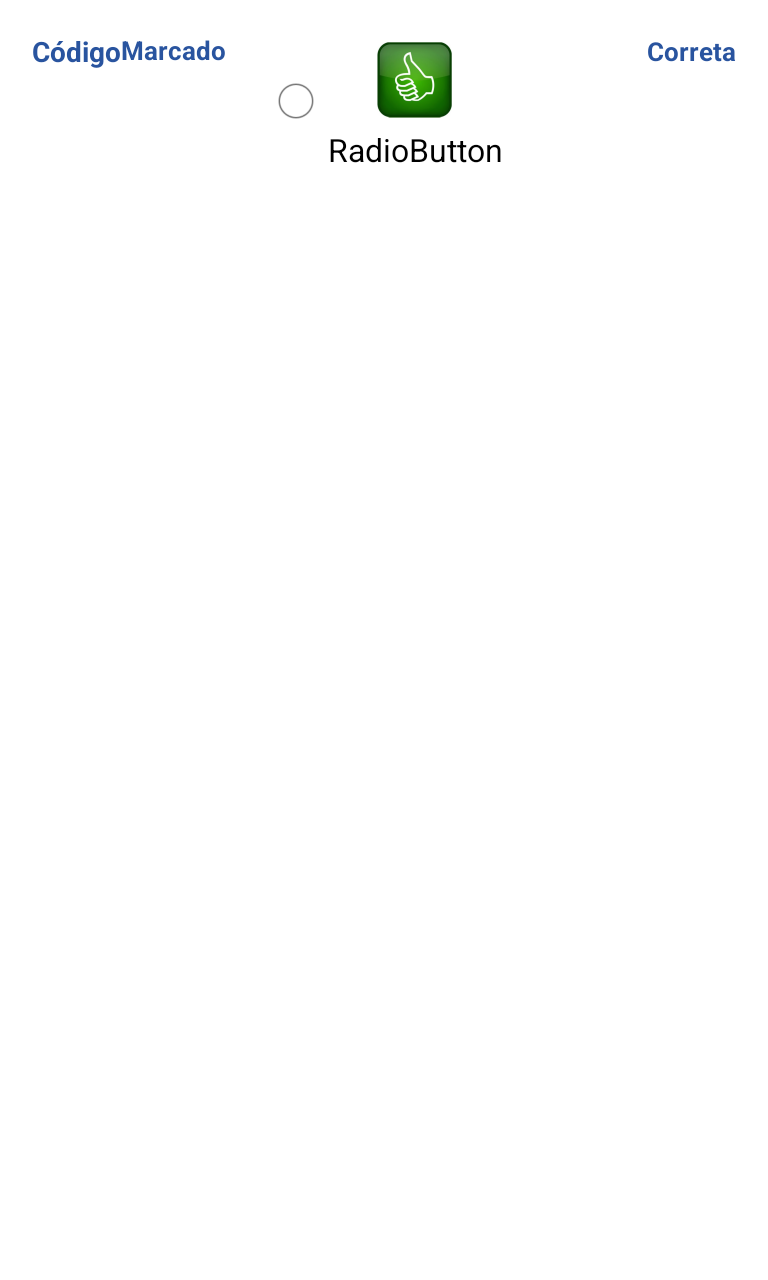
Repository: lmqs/ProjetoDisciplinaTopicos
Layout: TopicosProjetoAndroid/res/layout/activity_resultado_prova.xml
An editor plug-in stored every save of this project. The layout is shown before and after the next save, followed by the edit.
It is drawn on a 768 x 1280 px phone screen (xhdpi) without system bars, with theme AppTheme; the app's code is not run. Lists and similar views that code fills are empty.

Above is the layout before, as saved 2014-05-04 02:36:00.

### TopicosProjetoAndroid/res/layout/activity_resultado_prova.xml
<RelativeLayout xmlns:android="http://schemas.android.com/apk/res/android"
    xmlns:tools="http://schemas.android.com/tools"
    android:layout_width="match_parent"
    android:layout_height="match_parent"
    android:paddingBottom="@dimen/activity_vertical_margin"
    android:paddingLeft="@dimen/activity_horizontal_margin"
    android:paddingRight="@dimen/activity_horizontal_margin"
    android:paddingTop="@dimen/activity_vertical_margin"
    tools:context=".Resultado_prova" >

    <TableLayout
        android:layout_width="match_parent"
        android:layout_height="match_parent"
        android:stretchColumns="1" >

        <TableRow>

            <TextView
                android:id="@+id/Cod"
                android:layout_width="match_parent"
                android:layout_height="match_parent"
                android:drawablePadding="2dp"
                android:text="@string/lblcodigo"
                android:textColor="#ff29549f"
                android:textSize="14sp"
                android:textStyle="bold" />

            <TextView
                android:id="@+id/Cod"
                android:layout_width="match_parent"
                android:layout_height="match_parent"
                android:drawablePadding="2dp"
                android:text="@string/lblMarcado"
                android:textColor="#ff29549f"
                android:textSize="13sp"
                android:textStyle="bold" />

            <TextView
                android:id="@+id/lblAcerto"
                android:layout_width="match_parent"
                android:layout_height="match_parent"
                android:gravity="center"
                android:text="@string/lblAcerto"
                android:textColor="#ff29549f"
                android:textSize="13sp"
                android:textStyle="bold" />
        </TableRow>
    </TableLayout>

    <ListView
        android:id="@+id/lista__geral_resultado"
        android:layout_width="match_parent"
        android:layout_height="wrap_content"
        android:layout_alignParentLeft="true" >

    </ListView>

    <RadioButton
        android:id="@+id/radioButton1"
        android:layout_width="wrap_content"
        android:layout_height="wrap_content"
        android:layout_alignParentTop="true"
        android:layout_centerHorizontal="true"
        android:drawableTop="@drawable/certo"
        android:shadowColor="@android:color/holo_red_light"
        android:text="RadioButton" />

</RelativeLayout>

### TopicosProjetoAndroid/res/values/styles.xml
<resources>

    <!--
        Base application theme, dependent on API level. This theme is replaced
        by AppBaseTheme from res/values-vXX/styles.xml on newer devices.
    -->
    <style name="AppBaseTheme" parent="android:Theme.Light">
        <!--
            Theme customizations available in newer API levels can go in
            res/values-vXX/styles.xml, while customizations related to
            backward-compatibility can go here.
        -->
    </style>

    <!-- Application theme. -->
    <style name="AppTheme" parent="AppBaseTheme">
        <!-- All customizations that are NOT specific to a particular API-level can go here. -->
    </style>

    <style name="DashboardButton">
        <item name="android:layout_gravity">center_vertical</item>
        <item name="android:layout_width">wrap_content</item>
        <item name="android:layout_height">wrap_content</item>
        <item name="android:gravity">center_horizontal</item>
        <item name="android:drawablePadding">2dp</item>
        <item name="android:textSize">16dp</item>
        <item name="android:textStyle">bold</item>
        <item name="android:textColor">#ff29549f</item>
        <item name="android:background">@null</item>
    </style>



</resources>

### TopicosProjetoAndroid/res/values/strings.xml
<?xml version="1.0" encoding="utf-8"?>
<resources>

    <string name="app_name">Questões de Concurso</string>
    <string name="action_settings">Settings</string>
    <string name="hello_world">Hello world!</string>
    <string name="lbltitulo">Questões para concurso</string>
    <string name="btnInciar">Iniciar</string>
    <string name="title_activity_geracao_provas">GeracaoProvas</string>
    <string name="title_activity_questoes">Questões de Concurso</string>
    <string name="radioGrupo"></string>
    <string name="btnvalidar">Validar</string>
    <string name="btnerrar">Errou</string>
    <string name="btnAcerto">Acertou</string>
    <string name="title_activity_resultado_prova">Resultado da Prova</string>
    <string name="title_activity_lista_provas">Lista de Provas</string>
    <string name="btnResultado">Resultados</string>
    <string name="btnInfo">Informações</string>
    <string name="btnMaps">Onde estamos</string>
    <string name="lblPesquisar">Pesquisar</string>
    <string name="lblMarcado">Marcado</string>
    <string name="lblAcerto">Correta</string>
    <string name="lblcodigo">Código</string>

</resources>

Loaded but not shown: TopicosProjetoAndroid/res/values-v11/styles.xml (common file); TopicosProjetoAndroid/res/values-v14/styles.xml (common file); TopicosProjetoAndroid/res/values/dimens.xml (common file)

After the next save:
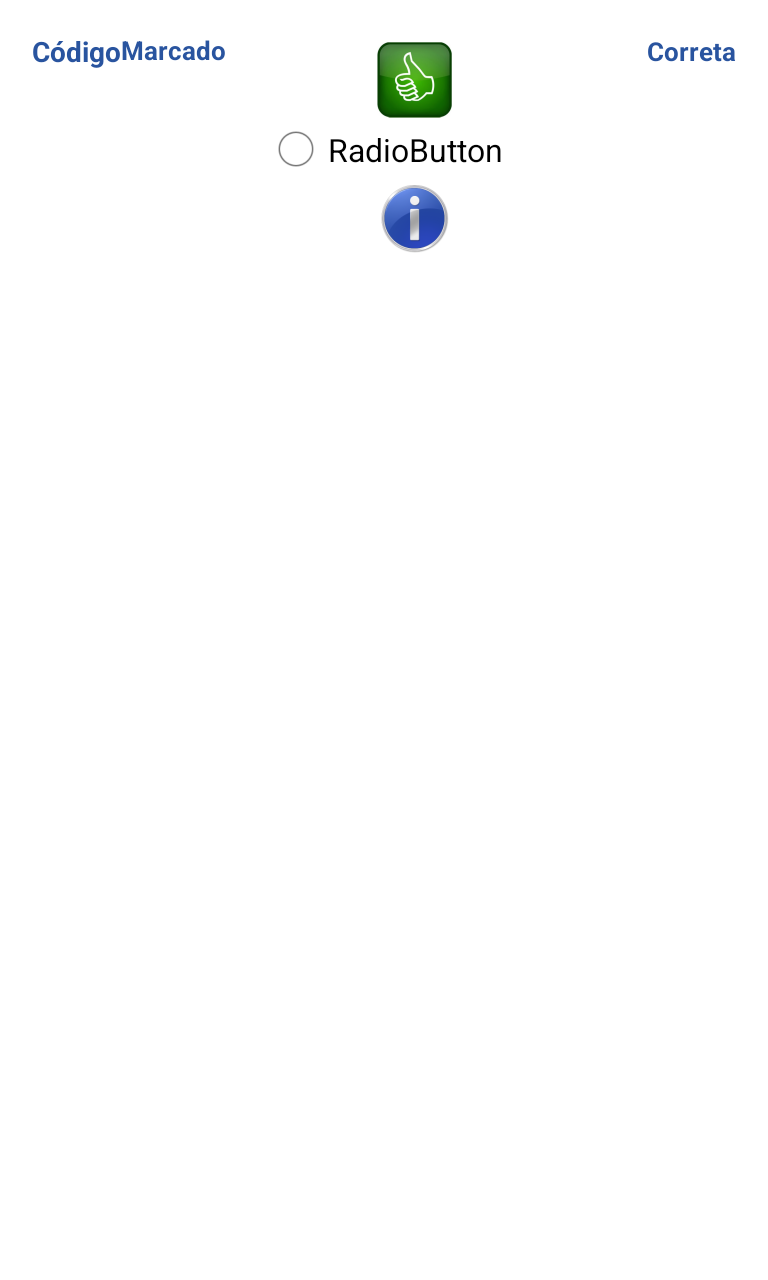
Saved 34 s later.
--- a/TopicosProjetoAndroid/res/layout/activity_resultado_prova.xml
+++ b/TopicosProjetoAndroid/res/layout/activity_resultado_prova.xml
@@ -61,6 +61,7 @@
         android:layout_height="wrap_content"
         android:layout_alignParentTop="true"
         android:layout_centerHorizontal="true"
+        android:drawableBottom="@drawable/info"
         android:drawableTop="@drawable/certo"
         android:shadowColor="@android:color/holo_red_light"
         android:text="RadioButton" />
